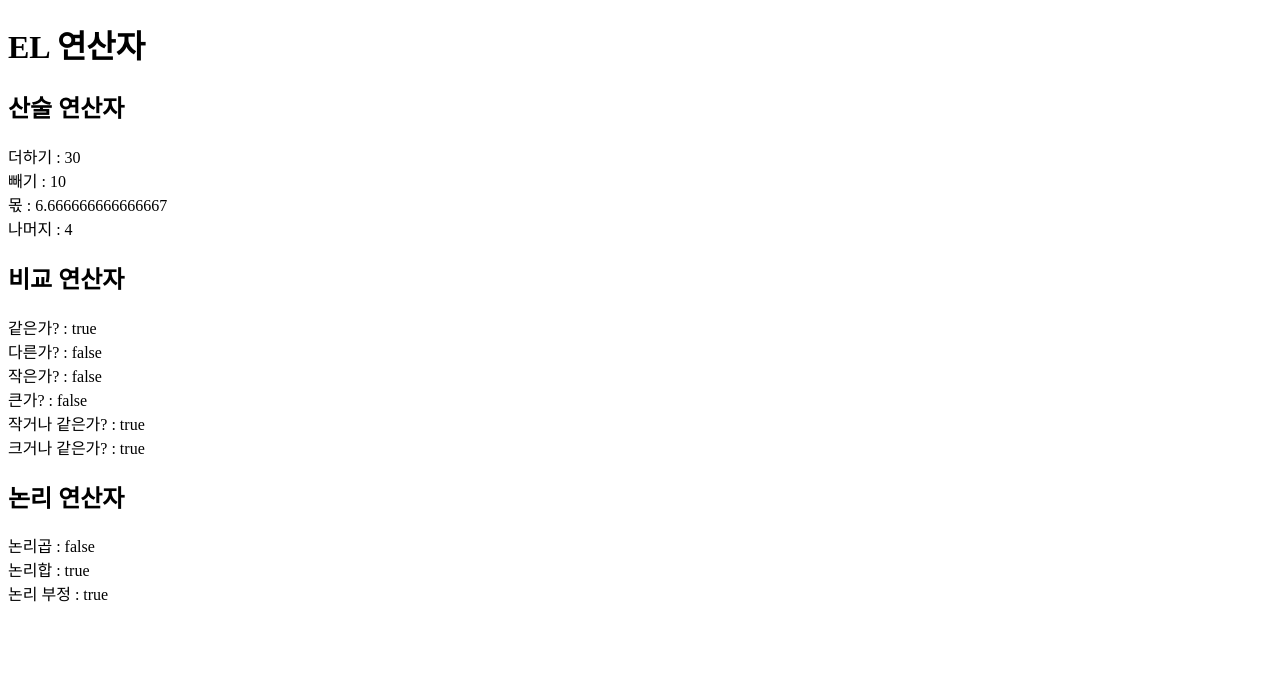
Repository: dnwpdud/WEB_CODES
Page: http://localhost/Web07_EL_JSTL/01_Expression_Language/02_operator.jsp
An editor plug-in stored every save of this project. The page is shown before and after the next save, followed by the edit.
The browser window is 1280 px wide. The pictures show the whole page.
The page is served by Tomcat 9.

Above is the page before, as saved 2024-04-05 07:19:43.

After the next save:
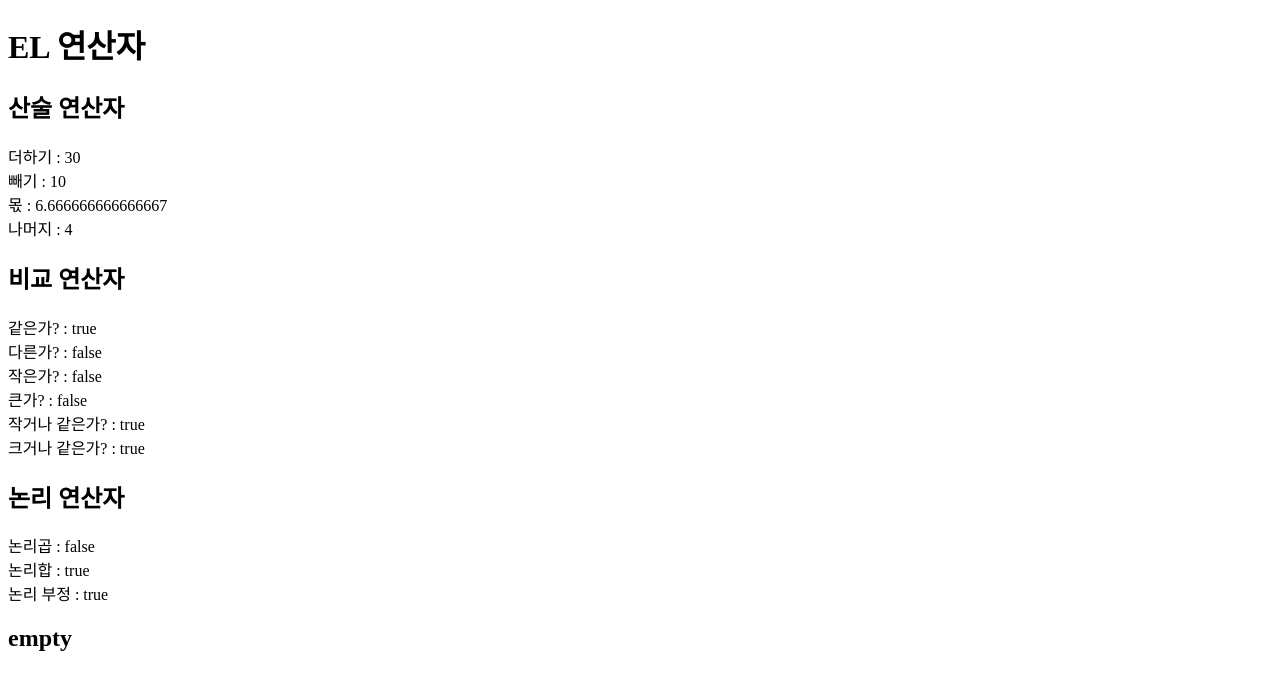
Saved 44 s later.
--- a/Web07_EL_JSTL/src/main/webapp/01_Expression_Language/02_operator.jsp
+++ b/Web07_EL_JSTL/src/main/webapp/01_Expression_Language/02_operator.jsp
@@ -50,5 +50,7 @@
 	논리합 : ${true or false }<br>
 	논리 부정 : ${not false }<br>
 
+	<h2>empty</h2>
+
 </body>
 </html>
